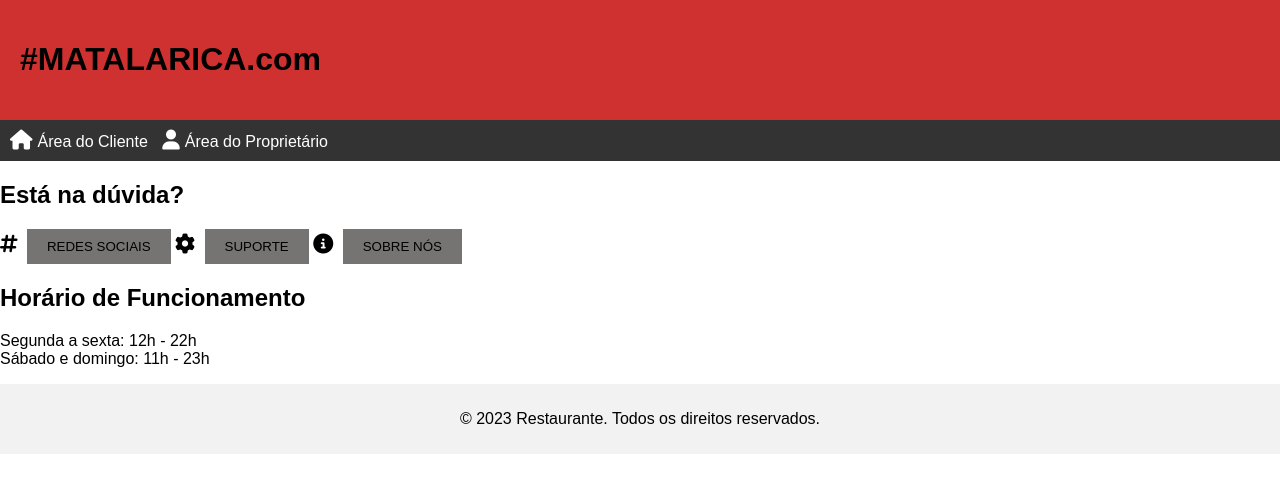
Repository: eupordias/frontarnia
Page: AULA 06/RESTAURANTE/index.html
These files come from the project's save history. The page is drawn as it stood at one moment and after the next save; the edit follows.
The browser window is 1280 px wide. The pictures show the whole page.
Some web libraries are served in a nearby version.

Above is the page before, as saved 2023-08-09 09:55:59.

After the next save:
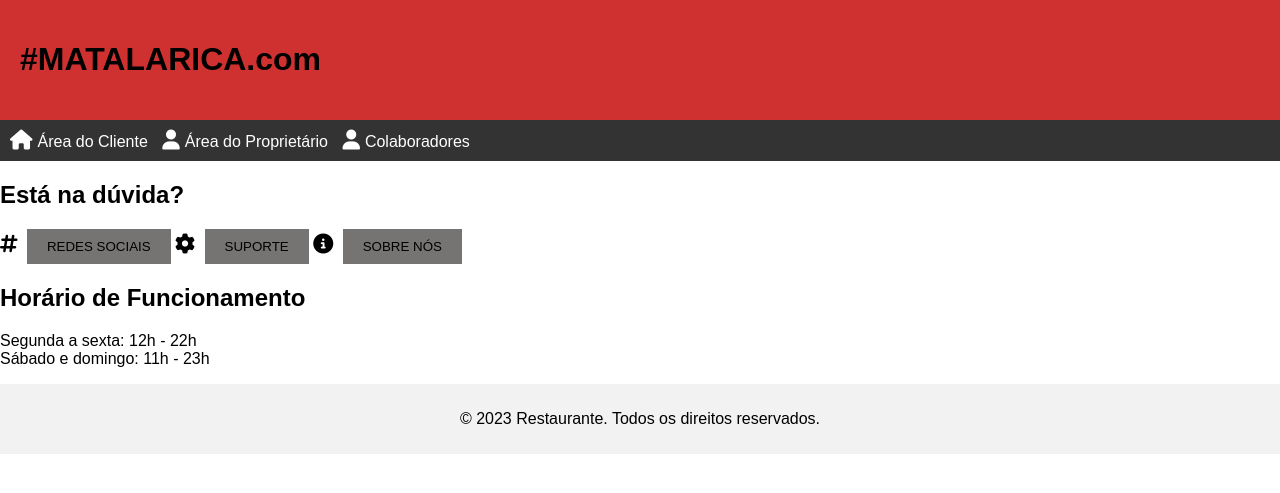
Saved 3 s later.
--- a/AULA 06/RESTAURANTE/index.html
+++ b/AULA 06/RESTAURANTE/index.html
@@ -12,9 +12,8 @@
     </header>
     <nav>
       <a href="cliente.html"><i class="icon fas fa-home"></i>Área do Cliente</a>
-      <a href="proprietario.html"
-        ><i class="icon fas fa-user"></i>Área do Proprietário</a
-      >
+      <a href="proprietario.html"><i class="icon fas fa-user"></i>Área do Proprietário</a>
+      <a href="colaboradores.html"><i class="icon fas fa-user"></i>Colaboradores</a>
     </nav>
     <h2>Está na dúvida?</h2>
     <i class="icon fas fa-hashtag"></i>
